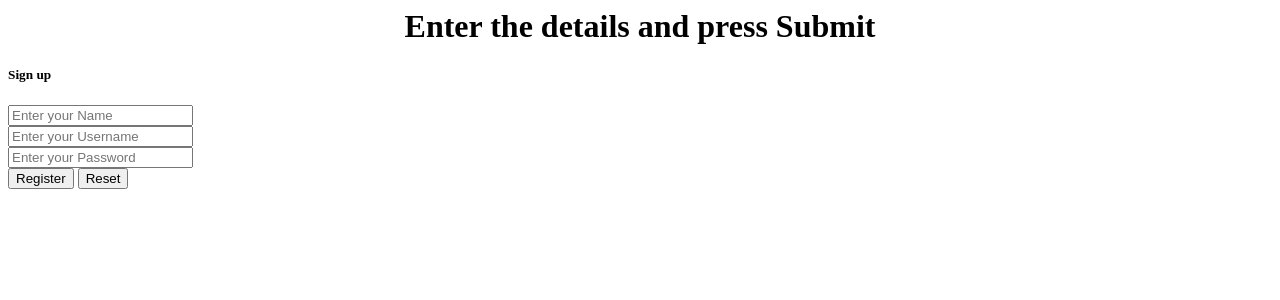
Repository: Abinayasivapraba/Finoculus
Page: LetzChat/WebContent/Group/CreateGroup.html
An editor plug-in stored every save of this project. The page is shown before and after the next save, followed by the edit.
The browser window is 1280 px wide. The pictures show the whole page.

Above is the page before, as saved 2017-08-08 00:38:25.

### LetzChat/WebContent/Group/CreateGroup.html

<div ng-controller="UserController as ctrl">
<div class="container">
	<div class="row">
<center><h1>Enter the details and press Submit</h1></center>

   <div class="formcontainer">
			<div class="row main">
				<div class="main-login main-center">
				<h5>Sign up </h5>
					<form ng-submit="ctrl.submit()" name="myForm" class="form-horizontal">





						<div class="form-group">

							<div class="cols-sm-4">
								<div class="input-group">
									<span class="input-group-addon"><i class="fa fa-users fa" aria-hidden="true"></i></span>
									<input type="text" class="form-control" name="name" id="name" ng-model="ctrl.user.username"  placeholder="Enter your Name"/>
								</div>
							</div>
						</div>



						<div class="form-group">

							<div class="cols-sm-4">
								<div class="input-group">
									<span class="input-group-addon"><i class="fa fa-users fa" aria-hidden="true"></i></span>
									<input type="text" class="form-control" name="id" id="id" ng-model="ctrl.user.userid"  placeholder="Enter your Username"/>
								</div>
							</div>
						</div>

						<div class="form-group">

							<div class="cols-sm-4">
								<div class="input-group">
									<span class="input-group-addon"><i class="fa fa-lock fa-lg" aria-hidden="true"></i></span>
									<input type="password" class="form-control" name="password" id="password" ng-model="ctrl.user.password"  placeholder="Enter your Password"/>
								</div>
							</div>
						</div>



						<!-- <div class="form-group">

							<div class="cols-sm-4">
								<div class="input-group">
									<span class="input-group-addon"><i class="fa fa-lock fa-lg" aria-hidden="true"></i></span>
									<input type="text" class="form-control" name="contact" id="contact" ng-model="ctrl.user.contact"  placeholder="Contact"/>
								</div>
							</div>
						</div> -->





						<input type="submit" class="btn btn-lg btn-success btn-success" value="Register">

						<input type="reset" class="btn btn-lg btn-success btn-log" ng-click="ctrl.reset()" value="Reset">




					</form>
				</div>
			</div>
		</div>
		</div>
		</div>
		</div>

After the next save:
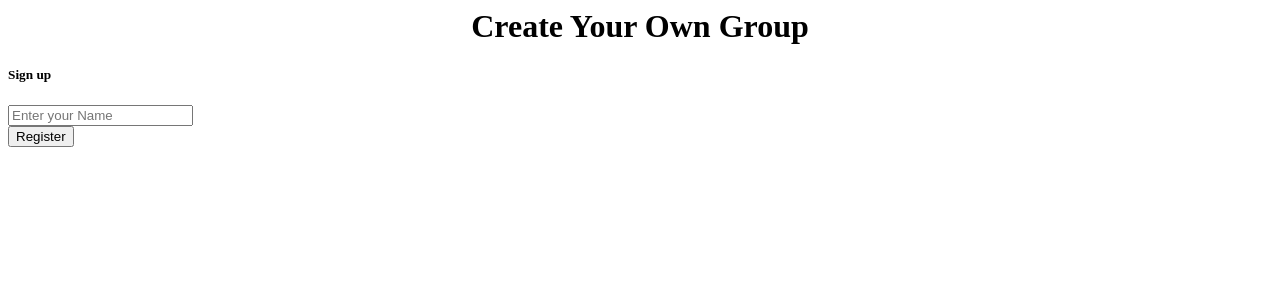
Saved 2 min 27 s later.
--- a/LetzChat/WebContent/Group/CreateGroup.html
+++ b/LetzChat/WebContent/Group/CreateGroup.html
@@ -1,14 +1,14 @@
 
-<div ng-controller="UserController as ctrl">
+<div ng-controller="GroupController as gtrl">
 <div class="container">
 	<div class="row">
-<center><h1>Enter the details and press Submit</h1></center>
+<center><h1>Create Your Own Group</h1></center>
 
    <div class="formcontainer">
 			<div class="row main">
 				<div class="main-login main-center">
 				<h5>Sign up </h5>
-					<form ng-submit="ctrl.submit()" name="myForm" class="form-horizontal">
+					<form ng-submit="gtrl.create()" name="myForm" class="form-horizontal">
 
 
 
@@ -19,44 +19,10 @@
 							<div class="cols-sm-4">
 								<div class="input-group">
 									<span class="input-group-addon"><i class="fa fa-users fa" aria-hidden="true"></i></span>
-									<input type="text" class="form-control" name="name" id="name" ng-model="ctrl.user.username"  placeholder="Enter your Name"/>
+									<input type="text" class="form-control" name="name" id="name" ng-model="gtrl.group.groupname"  placeholder="Enter your Name"/>
 								</div>
 							</div>
 						</div>
-
-
-
-						<div class="form-group">
-
-							<div class="cols-sm-4">
-								<div class="input-group">
-									<span class="input-group-addon"><i class="fa fa-users fa" aria-hidden="true"></i></span>
-									<input type="text" class="form-control" name="id" id="id" ng-model="ctrl.user.userid"  placeholder="Enter your Username"/>
-								</div>
-							</div>
-						</div>
-
-						<div class="form-group">
-
-							<div class="cols-sm-4">
-								<div class="input-group">
-									<span class="input-group-addon"><i class="fa fa-lock fa-lg" aria-hidden="true"></i></span>
-									<input type="password" class="form-control" name="password" id="password" ng-model="ctrl.user.password"  placeholder="Enter your Password"/>
-								</div>
-							</div>
-						</div>
-
-
-
-						<!-- <div class="form-group">
-
-							<div class="cols-sm-4">
-								<div class="input-group">
-									<span class="input-group-addon"><i class="fa fa-lock fa-lg" aria-hidden="true"></i></span>
-									<input type="text" class="form-control" name="contact" id="contact" ng-model="ctrl.user.contact"  placeholder="Contact"/>
-								</div>
-							</div>
-						</div> -->
 
 
 
@@ -64,7 +30,7 @@
 
 						<input type="submit" class="btn btn-lg btn-success btn-success" value="Register">
 
-						<input type="reset" class="btn btn-lg btn-success btn-log" ng-click="ctrl.reset()" value="Reset">
+
 
 
 
